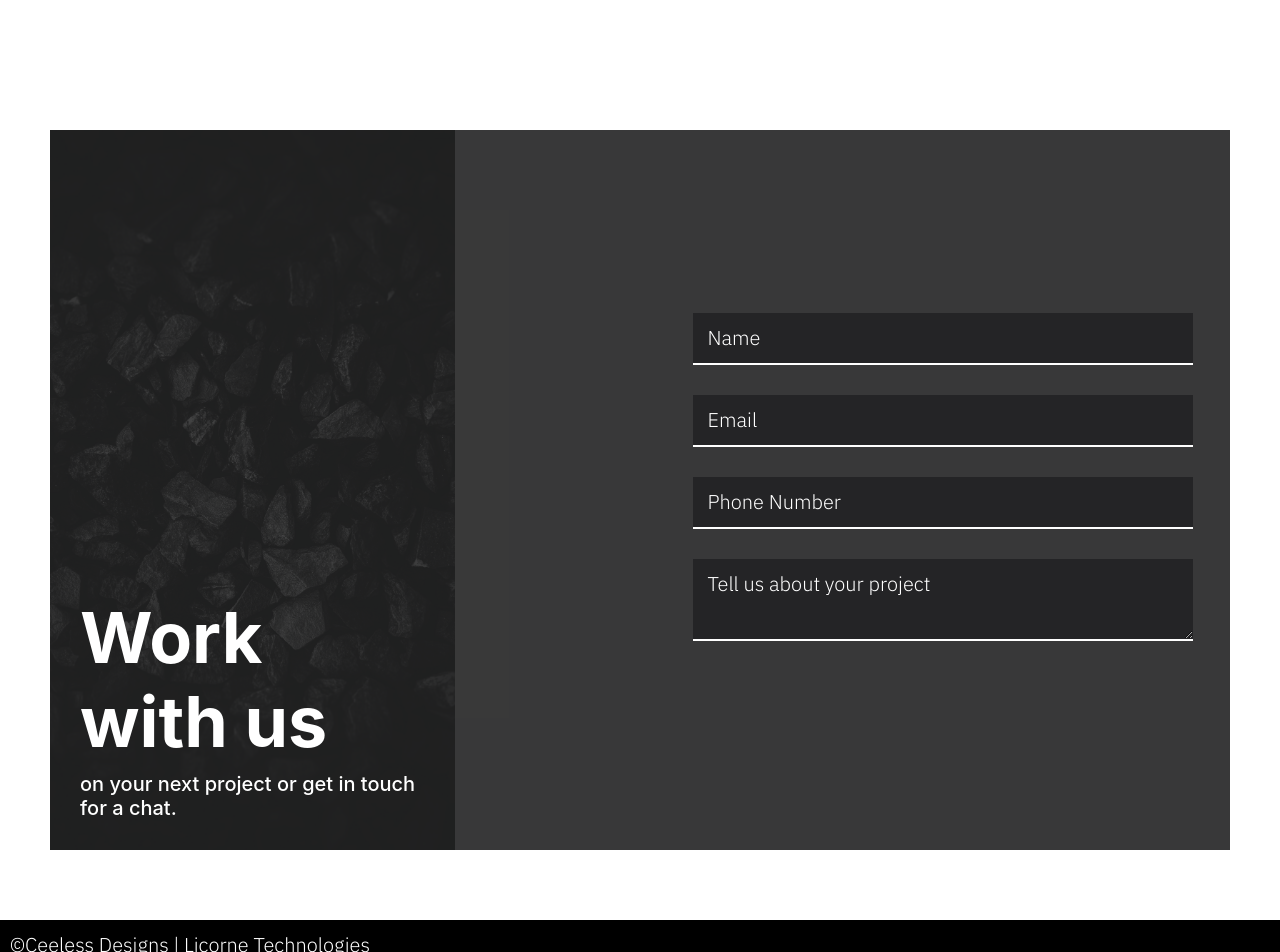
Repository: Licorne-Technologies/Ceeless-v2
Page: index.html
An editor plug-in stored every save of this project. The page is shown before and after the next save, followed by the edit.
The browser window is 1280 px wide. The pictures show the part of the page from y = 2331 to 3283 px (the page is 3317 px tall).
Some web libraries are served in a nearby version. The style sheet was rebuilt from its Sass, Less or Tailwind sources for each picture, by a compiler version that may differ from the author's.

Above is the page before, as saved 2020-06-15 14:40:38.

After the next save:
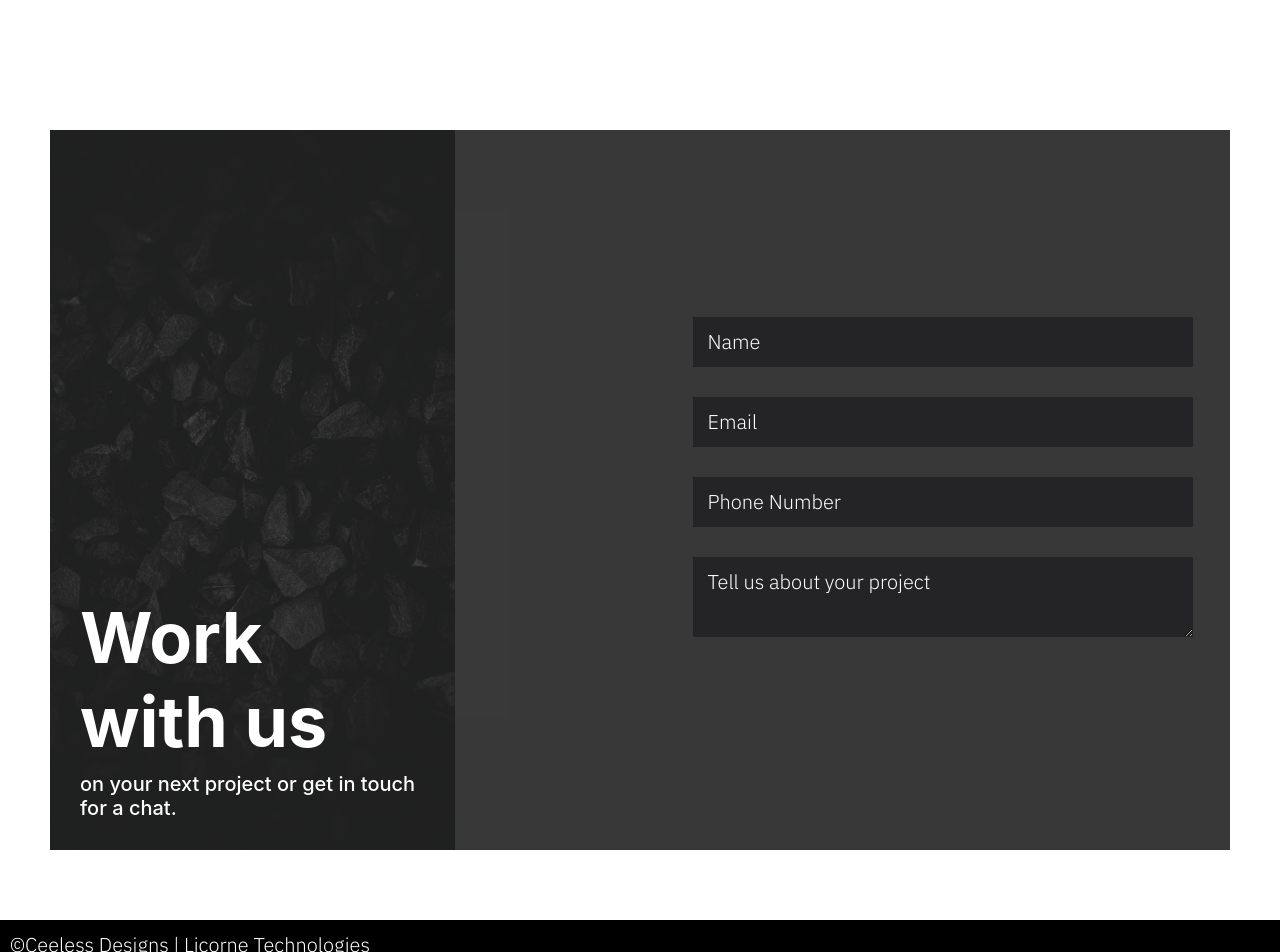
Saved 69 s later.
--- a/css/contact.scss
+++ b/css/contact.scss
@@ -25,7 +25,7 @@
 
             input, textarea {
                 border: none;
-                border-bottom: 2px solid $light;
+                // border-bottom: 2px solid $light;
                 padding: 10px;
                 color: $light;
                 background-color: rgba(35,35,36, .9);
@@ -37,6 +37,7 @@
             input::placeholder, textarea::placeholder {
                 color: $light;
                 line-height: $fontText;
+                font-size:  $fontText;
                 padding: 5px;
             }
         }
